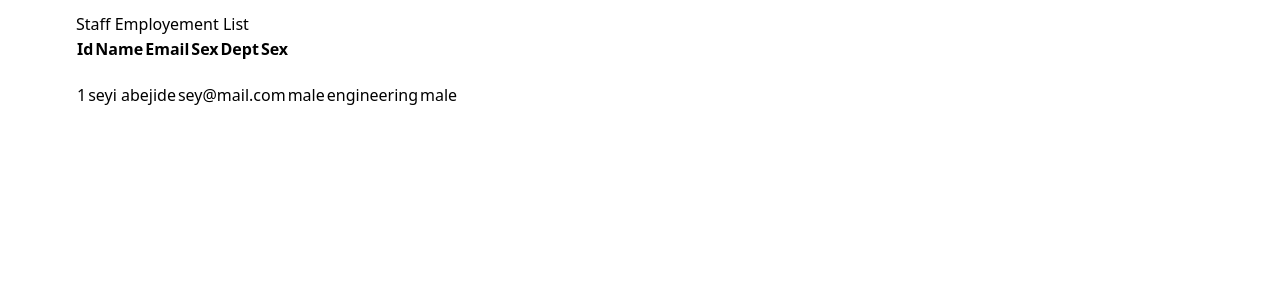
Repository: Semanmernstack/crud
Page: /
These files come from the project's save history. The page is drawn as it stood at one moment and after the next save; the edit follows.
The browser window is 1280 px wide. The pictures show the whole page.
The project was rebuilt for these pictures with package versions that can differ from the ones it lists, and the page was loaded fresh each time. Also part of the build but not shown: src/Details.js, src/Create.js, src/Edit.js.

Above is the page before, as saved 2022-12-23 03:10:50.

After the next save:
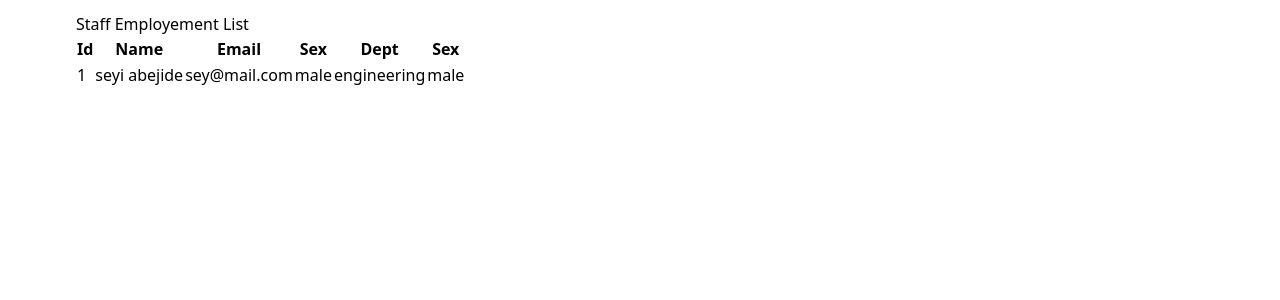
Saved 18 s later.
--- a/src/List.js
+++ b/src/List.js
@@ -8,7 +8,7 @@ function List() {
 
 
         <table className="table-auto   " >
-            <div className=" gap-5 flex flex-col">
+            <div className="">
             <thead>
                 <tr>
                     <th>Id</th>
